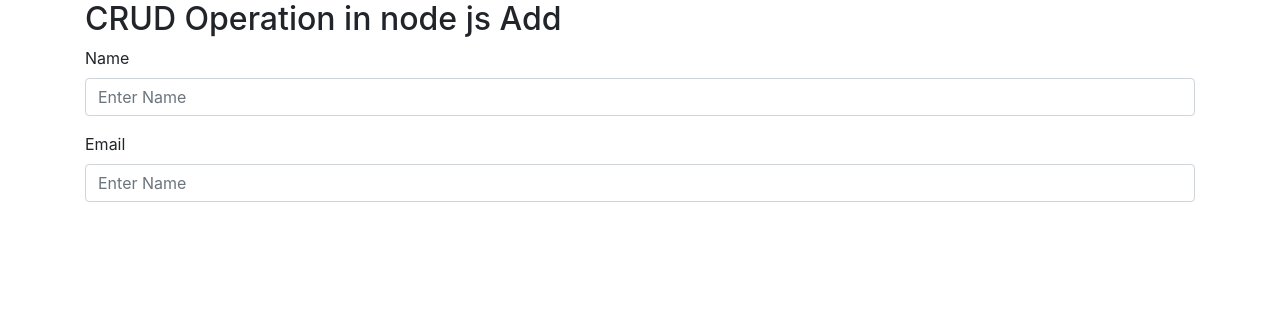
Repository: vijayponnal/crud_nodejs_mysql
Page: http://localhost/add
These files come from the project's save history. The page is drawn as it stood at one moment and after a run of saves; the edit follows.
The browser window is 1280 px wide. The pictures show the whole page.
The page is served by the project's Node server (app.js).

Above is the page before, as saved 2020-04-22 19:40:00.
Console error: TypeError: Cannot read properties of undefined (reading 'fn')

### views/user_add.ejs
<html>
    <head>
        <title>CRUD using node js</title>
        <meta name="viewport" content="width=device-width, initial-scale=1">
        <link rel="stylesheet" href="https://stackpath.bootstrapcdn.com/bootstrap/4.3.1/css/bootstrap.min.css"  crossorigin="anonymous">
<script src="https://stackpath.bootstrapcdn.com/bootstrap/4.3.1/js/bootstrap.min.js" crossorigin="anonymous"></script>
<script src="https://code.jquery.com/jquery-3.3.1.slim.min.js"  crossorigin="anonymous"></script>
<script src="https://cdnjs.cloudflare.com/ajax/libs/popper.js/1.14.7/umd/popper.min.js" crossorigin="anonymous"></script>
    </head>
    <body>
        <div class="container">
            <h2><%= title %></h2>
            <form action="/save" method="post">
            <div class="form-group">
                <label for="name">Name</label>
                <input type="text" name = "name" id="name" class="form-control" placeholder="Enter Name">
            </div>
            <div class="form-group">
                <label for="Email">Email</label>
                <input type="text" name = "name" id="name" class="form-control" placeholder="Enter Name">
            </div>
            </form>
            </div>
    </body>
</html>

### app.js
const path = require('path');
const express = require('express');
const ejs = require('ejs');
const bodyParser = require('body-parser');
const mysql = require('mysql');
const app = express();

const connection = mysql.createConnection({
    host:'localhost',
    user:'root',
    password:'admin123',
    database:'node_js_crud',
});

connection.connect(function(error){
    if(!!error) console.log(error);
    else console.log('Db connected succesfully ');
});

//set views file
app.set('views',path.join(__dirname,'views'));

//set view engine
app.set('view engine','ejs');
app.use(bodyParser.json());
app.use(bodyParser.urlencoded({ extended: false}));


app.get('/',(req,res) => {
    let sql="select * from users";
    let query= connection.query(sql,(err,rows)=>{
        if(err) throw err;
        res.render('user_index',{
            title: 'CRUD Operation in node js',
            users: rows
        });
    });
});

//Add new
app.get('/add',(req,res) => {
        res.render('user_add',{
            title: 'CRUD Operation in node js Add',

        });

});
//server listining
app.listen(3000,() => {
    console.log('server running at post 3000');
});

After the next 5 saves:
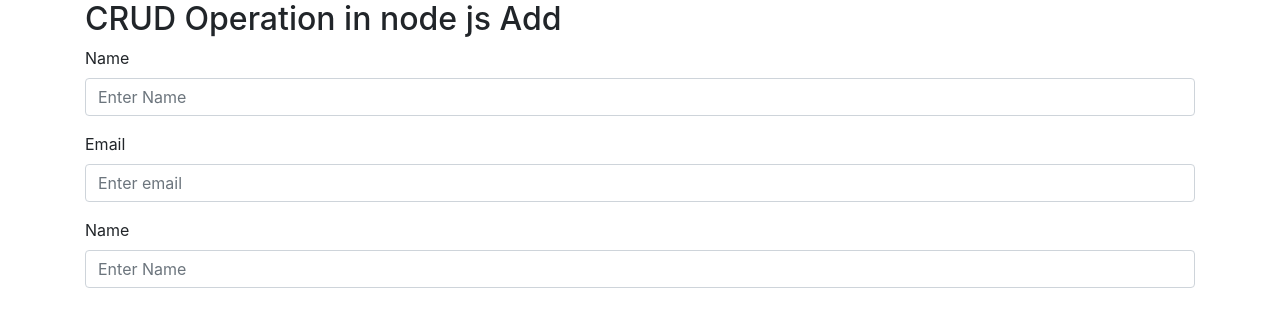
The 5 saves are shown as one change because they came seconds apart.
The last was saved 15 s later.
--- a/views/user_add.ejs
+++ b/views/user_add.ejs
@@ -17,6 +17,10 @@
             </div>
             <div class="form-group">
                 <label for="Email">Email</label>
+                <input type="text" name = "email" id="email" class="form-control" placeholder="Enter email">
+            </div>
+            <div class="form-group">
+                <label for="name">Name</label>
                 <input type="text" name = "name" id="name" class="form-control" placeholder="Enter Name">
             </div>
             </form>
